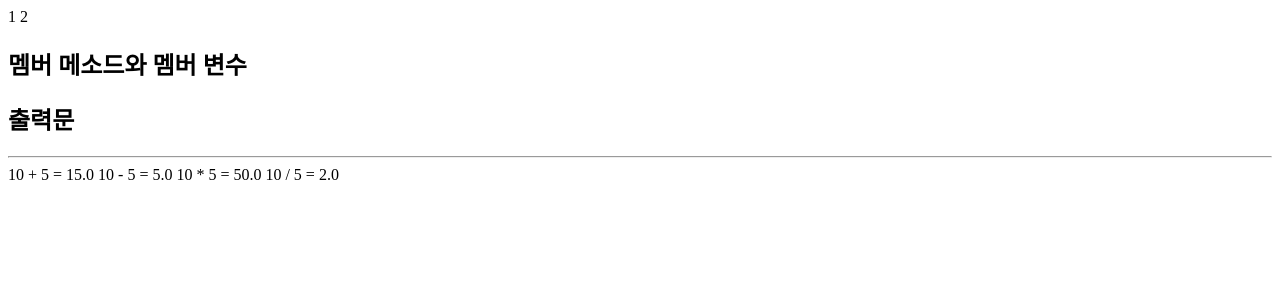
Repository: tldnwkd/jspclass2026
Page: http://localhost/chapter01/test04.jsp
The author's editor kept a copy of each file at every save. The page is drawn from the files as they stood at one save, then again after the next save.
The browser window is 1280 px wide. The pictures show the whole page.
The page is served by Tomcat 9.

Above is the page before, as saved 2026-10-16 03:03:31.

After the next save:
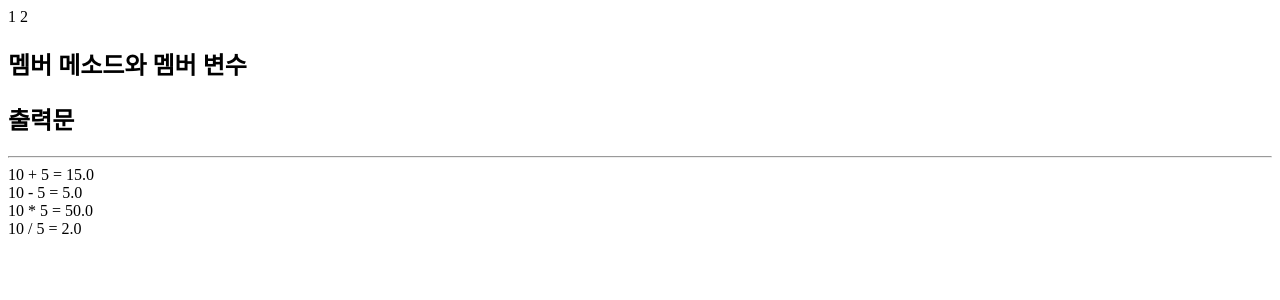
Saved 15 s later.
--- a/chapter01/src/main/webapp/test04.jsp
+++ b/chapter01/src/main/webapp/test04.jsp
@@ -36,9 +36,9 @@
  %>
  <h2>출력문</h2>
  <hr>
- 10 + 5 = <%=cal(10,5,"+")%>
- 10 - 5 = <%=cal(10,5,"-")%>
- 10 * 5 = <%=cal(10,5,"*")%>
- 10 / 5 = <%=cal(10,5,"/")%>
+ 10 + 5 = <%=cal(10,5,"+")%><br/>
+ 10 - 5 = <%=cal(10,5,"-")%><br/>
+ 10 * 5 = <%=cal(10,5,"*")%><br/>
+ 10 / 5 = <%=cal(10,5,"/")%><br/>
 </body>
 </html>
